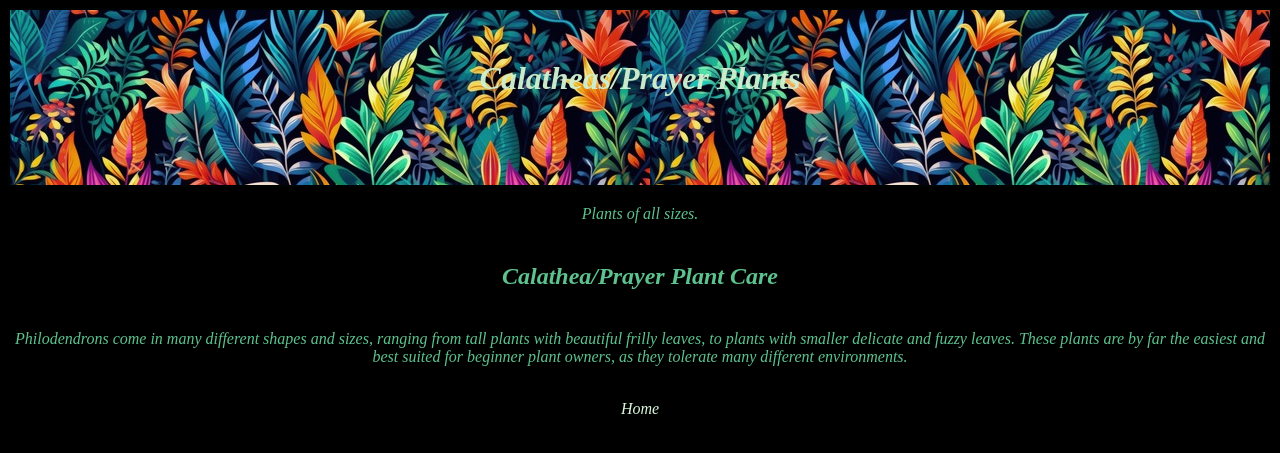
Repository: swillis91/odin-recipies
Page: Planty Page/philodendrons.html
The author's editor kept a copy of each file at every save. The page is drawn from the files as they stood at one save, then again after the next save.
The browser window is 1280 px wide. The pictures show the whole page.

Above is the page before, as saved 2023-08-11 23:13:34.

After the next save:
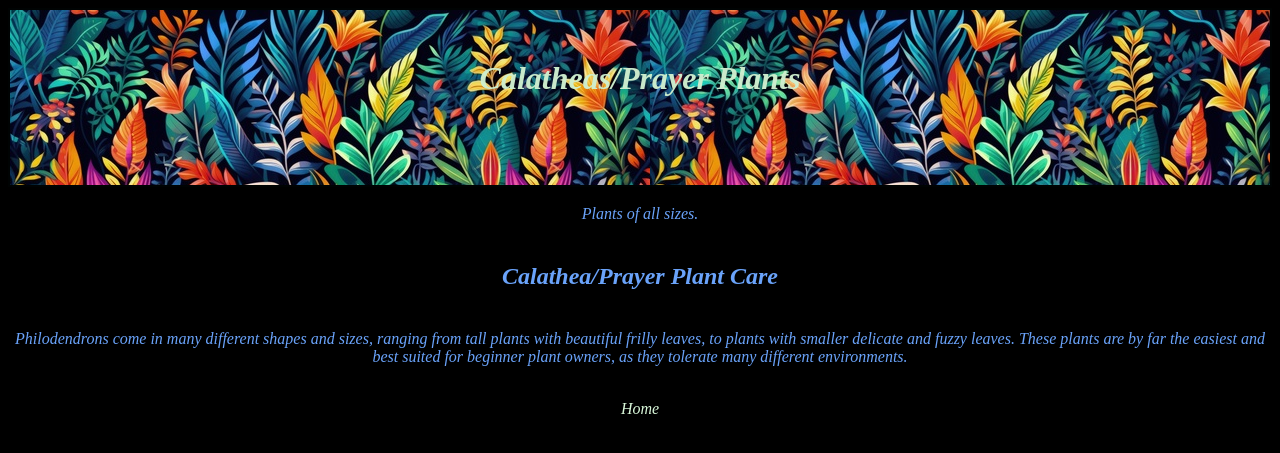
Saved 63 s later.
--- a/Planty Page/style.css
+++ b/Planty Page/style.css
@@ -1,6 +1,6 @@
 body{
     background-color: rgb(0, 0, 0);
-    color:rgb(93, 194, 142);
+    color:rgb(106, 163, 250);
     text-align: center;
     font-family:cursive;
     font-style: oblique;
